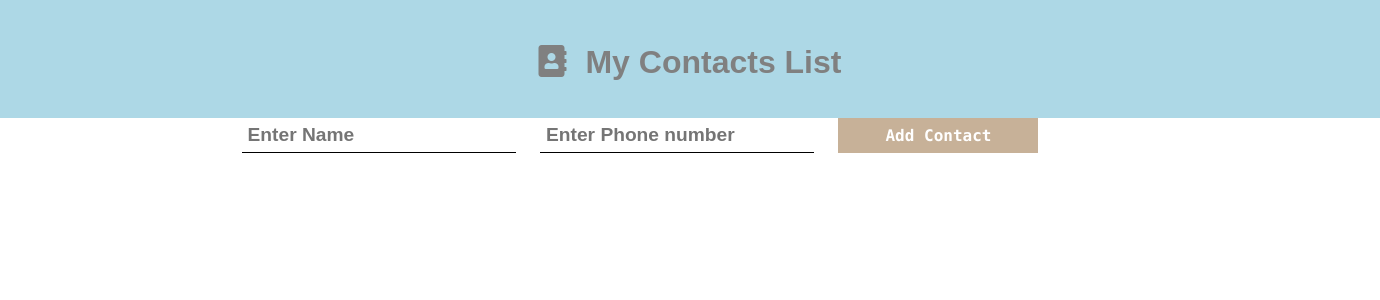
Repository: Sayan-100/Contact-List
Page: http://localhost/
An editor plug-in stored every save of this project. The page is shown before and after the next save, followed by the edit.
The browser window is 1280 px wide. The page is 1380 px wide, then 1280 px, so the pictures cover 1380 px, including what lies to the right of the window. The pictures show the whole page.
Some web libraries are served in a nearby version. The page is served by the project's Node server (index.js). Queries for data that is not in the repository find no rows.

Above is the page before, as saved 2022-01-10 15:16:40.

After the next save:
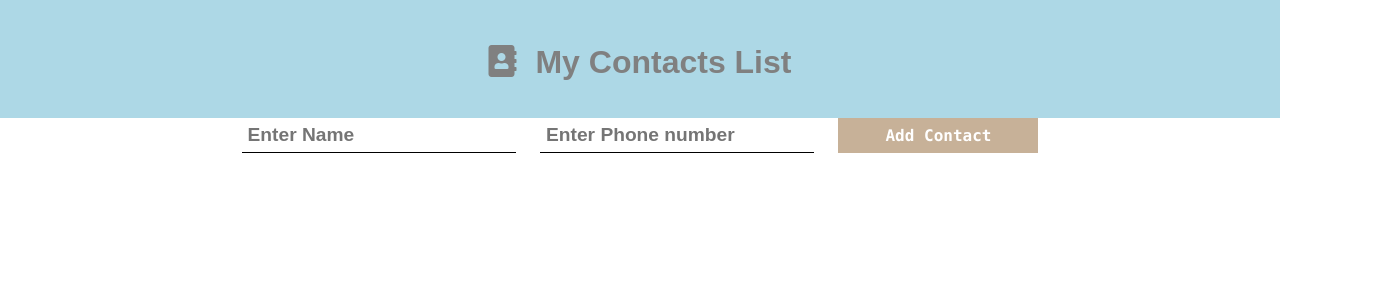
Saved 104 s later.
--- a/assets/css/home.css
+++ b/assets/css/home.css
@@ -71,7 +71,7 @@
     }
 
     #mb {
-        width: 100%;
+        width: inherit;
         display: flex;
         flex-direction: column;
         align-items: center;
